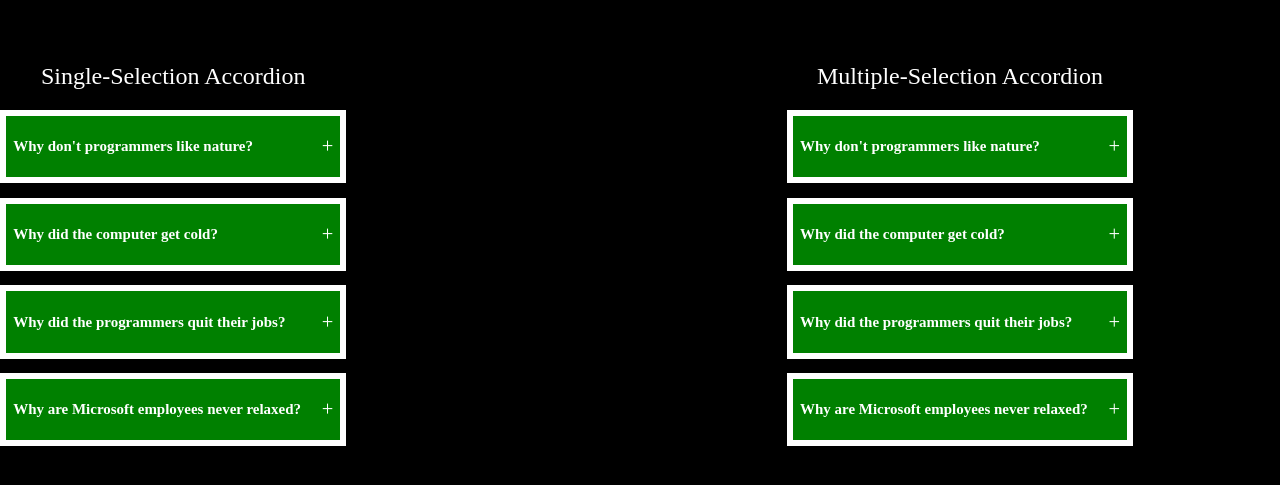
Repository: kosenijr/react-projects
Page: / (app in accordion/)
These files come from the project's save history. The page is drawn as it stood at one moment and after the next save; the edit follows.
The browser window is 1280 px wide. The pictures show the whole page.
The project was rebuilt for these pictures with package versions that can differ from the ones it lists, and the page was loaded fresh each time.

Above is the page before, as saved 2024-03-03 12:58:28.

### accordion/src/App.js
import React from "react";
import "./App.css";
import SingleSelection from "./components/SingleSelection";
import MultiSelection from "./components/MultiSelection";

function App() {
  return (
    <div className="App">
      <SingleSelection />
      <MultiSelection />
    </div>
  );
}

export default App;

### accordion/src/App.css
.App {
  height: 100vh;
  width: 100vw;
  justify-content: space-evenly;
  margin: 0 auto;
  text-align: center;
  display: flex;
  background-color: black;
  color: white;
}

### accordion/src/components/SingleSelection.js
import React, { useState } from "react";
import "../styles/SingleSelection.css";
import data from "../data";

function SingleSelection() {
  // setting up useState.
  const [selected, setSelected] = useState(null);
  // setting up handling
  const handleSingleSelection = (getCurrentId) => {
    console.log(selected, getCurrentId);
    // setSelected(getCurrentId === selected ? null : getCurrentId); // keep add condition for closure
    setSelected(selected !== getCurrentId ? getCurrentId : null);
  };

  return (
    <div className="single-selection-wrapper">
      {/* Single-Selection Accordion */}
      <div className="single-selection-accordion">
        <h2 className="single-selection-description">Single-Selection Accordion</h2>
        {data && data.length > 0 ? (
          data.map((dataItem) => (
            <div className="single-selection-item" key={dataItem.id} onClick={() => handleSingleSelection(dataItem.id)}>
              {/* always remember to add key */}
              <div className="single-selection-title">
                <h3>{dataItem.question}</h3>
                <span className="single-selection-span">{selected === dataItem.id ? "-" : "+"}</span>
              </div>
              {selected === dataItem.id ? (
                <div className="single-selection-content ">{dataItem.answer}</div>
              ) : null}
            </div>
          ))
        ) : (
          <div>No data found!</div>
        )}
      </div>
    </div>
  );
}

export default SingleSelection;

### accordion/src/components/MultiSelection.js
import React, { useState } from "react";
import "../styles/MultiSelection.css";
import data from "../data";

function MultiSelection() {
  // setting up useState.
  const [selected, setSelected] = useState(null);
  // setting up handling
  const handleMultiSelection = (getCurrentId) => {
    console.log(selected, getCurrentId);
    // setSelected(getCurrentId === selected ? null : getCurrentId); // keep add condition for closure
    setSelected(selected !== getCurrentId ? getCurrentId : null);
  };

  return (
    <div className="multi-selection-wrapper">
      {/* Multi-Selection Accordion */}
      <div className="multi-selection-accordion">
        <h2 className="multi-selection-description">Multiple-Selection Accordion</h2>
        {data && data.length > 0 ? (
          data.map((dataItem) => (
            <div className="multi-selection-item" key={dataItem.id} onClick={() => handleMultiSelection(dataItem.id)}>
              {/* always remember to add key */}
              <div className="multi-selection-title">
                <h3>{dataItem.question}</h3>
                <span className="multi-selection-span">{selected === dataItem.id ? "-" : "+"}</span>
              </div>
              {selected === dataItem.id ? (
                <div className="multi-selection-content ">{dataItem.answer}</div>
              ) : null}
            </div>
          ))
        ) : (
          <div>No data found!</div>
        )}
      </div>
    </div>
  );
}

export default MultiSelection;

### accordion/src/styles/SingleSelection.css
.single-selection-wrapper {
  display: flex;
  align-items: center;
  height: 70vh;
  width: 50vw;
}

.single-selection-description {
  font-family: "Raleway";
  font-weight: 500;
}

.single-selection-item {
  background-color: green;
  color: white;
  font-size: 0.8em;
  font-family: "Raleway", "Times New Roman";
  margin: 2vh 0;
  padding: 1vh;
  width: 25vw;
  border: 0.5em solid white;
  cursor: pointer;
}

.single-selection-title {
  display: flex;
  justify-content: space-between;
  align-items: center;
}

.single-selection-span {
  font-size: 1.6em;;
}

.single-selection-content {
  display: flex;
  justify-content: space-between;
  color: burlywood;
  align-items: left;
  font-size: 1.2em;
  font-family:  "Raleway", "Times New Roman";
  font-weight: 600;

}

### accordion/src/data.js
const data = [
  {
    id: 1,
    question: "Why don't programmers like nature?",
    answer: "It has too many bugs!",
  },

  {
    id: 2,
    question: "Why did the computer get cold?",
    answer: "It left its Windows open.",
  },

  {
    id: 3,
    question: "Why did the programmers quit their jobs?",
    answer: "Because they didn't get arrays!",
  },

  {
    id: 4,
    question: "Why are Microsoft employees never relaxed?",
    answer: "Because they're always on Edge.",
  },
];

export default data;

### accordion/src/styles/MultiSelection.css
.multi-selection-wrapper {
  display: flex;
  align-items: center;
  height: 70vh;
  margin: 0 auto;

  /* width: 50vw; */
}

.multi-selection-description {
  font-family: "Raleway";
  font-weight: 500;
}

.multi-selection-item {
  background-color: green;
  color: white;
  font-size: 0.8em;
  font-family: "Raleway", "Times New Roman";
  margin: 2vh 0;
  padding: 1vh;
  width: 25vw;
  border: 0.5em solid white;
  cursor: pointer;
}

.multi-selection-title {
  display: flex;
  justify-content: space-between;
  align-items: center;
}

.multi-selection-span {
  font-size: 1.6em;
}

.multi-selection-content {
  display: flex;
  justify-content: space-between;
  color: burlywood;
  align-items: left;
  font-size: 1.2em;
  font-family: "Raleway", "Times New Roman";
  font-weight: 600;
}

Loaded but not shown: accordion/public/index.html (common file); accordion/src/index.js (common file); accordion/src/index.css (common file); accordion/src/reportWebVitals.js (common file)

After the next save:
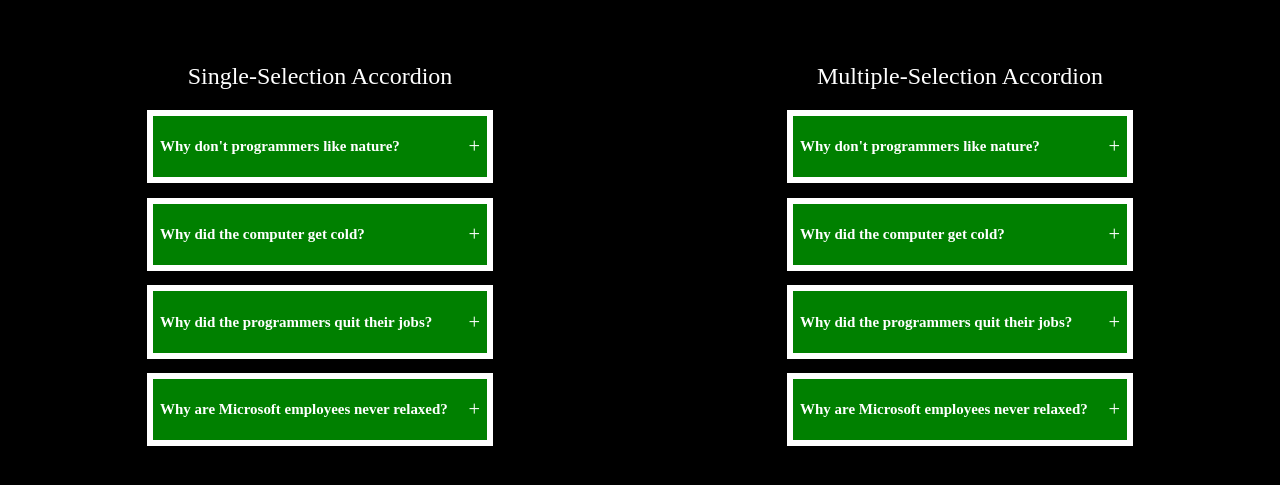
Saved 8 s later.
--- a/accordion/src/styles/SingleSelection.css
+++ b/accordion/src/styles/SingleSelection.css
@@ -2,7 +2,9 @@
   display: flex;
   align-items: center;
   height: 70vh;
-  width: 50vw;
+  margin: 0 auto;
+
+  /* width: 50vw; */
 }
 
 .single-selection-description {
